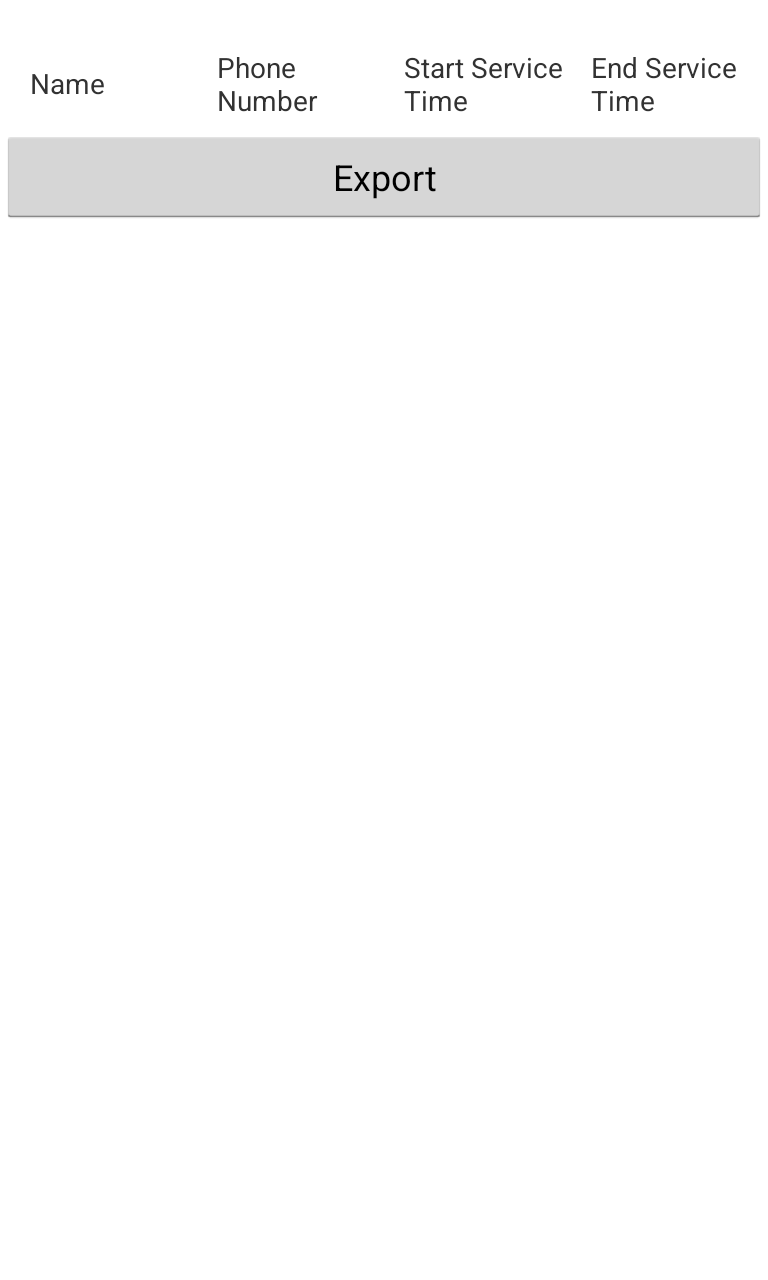
Repository: judemailom/queue-manager
Layout: QueueManager/res/layout/activity_logs.xml
An editor plug-in stored every save of this project. The layout is shown before and after the next save, followed by the edit.
It is drawn on a 768 x 1280 px phone screen (xhdpi) without system bars, with theme AppTheme; the app's code is not run.

Above is the layout before, as saved 2014-01-30 01:56:31.

After the next save:
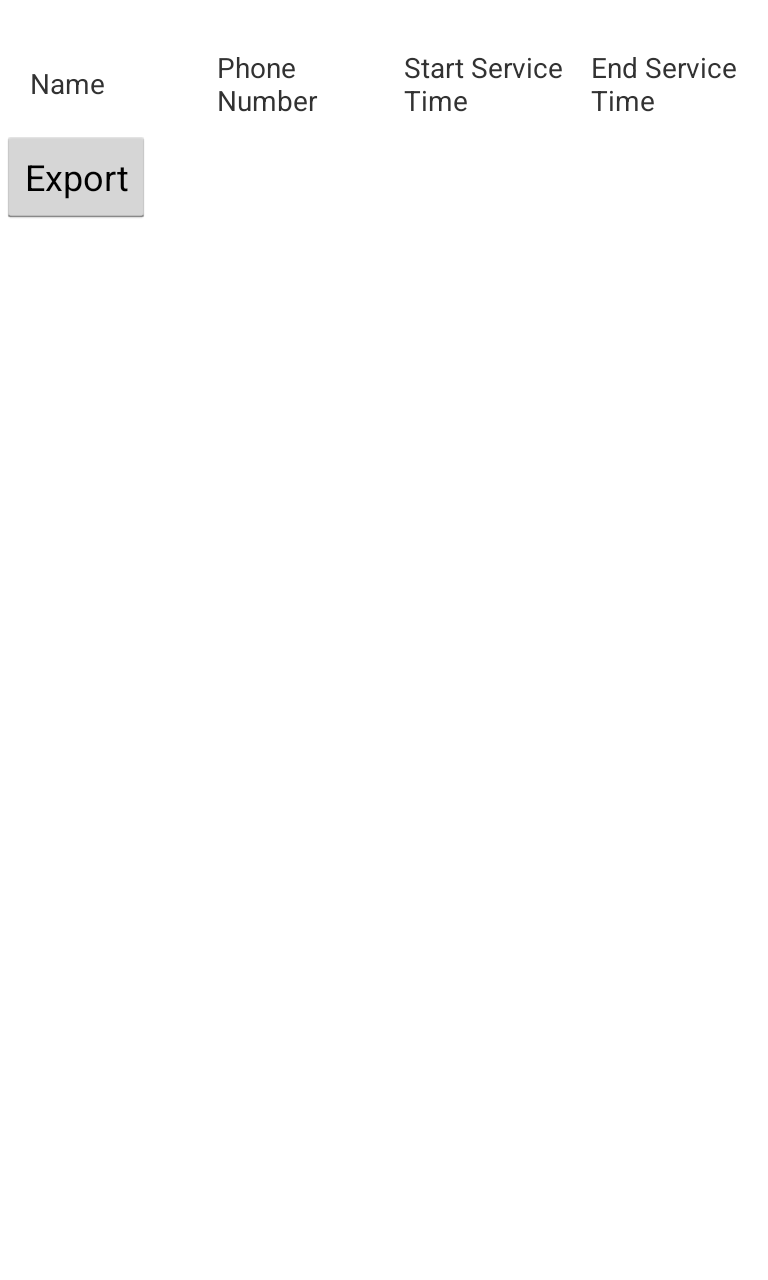
Saved 33 s later.
--- a/QueueManager/res/layout/activity_logs.xml
+++ b/QueueManager/res/layout/activity_logs.xml
@@ -5,9 +5,9 @@
     tools:context=".LogsActivity" >
 
 	<LinearLayout
-	        android:layout_width="match_parent"
-	        android:layout_height="wrap_content"
-	        android:orientation="vertical" >
+	    android:layout_width="match_parent"
+	    android:layout_height="wrap_content"
+	    android:orientation="vertical" >
 
      	<TextView
      	  android:id="@+id/log_date"
@@ -72,11 +72,12 @@
 
 		</TableLayout>
 
-		<Button
-		    android:layout_width="match_parent"
-		    android:layout_height="wrap_content"
-		    android:text="@string/export_button"
-		/>"
+        <Button
+            android:layout_width="wrap_content"
+            android:layout_height="wrap_content"
+            android:text="@string/export_button" />
+
+"
 
 	</LinearLayout>
 </ScrollView>

After the save that followed:
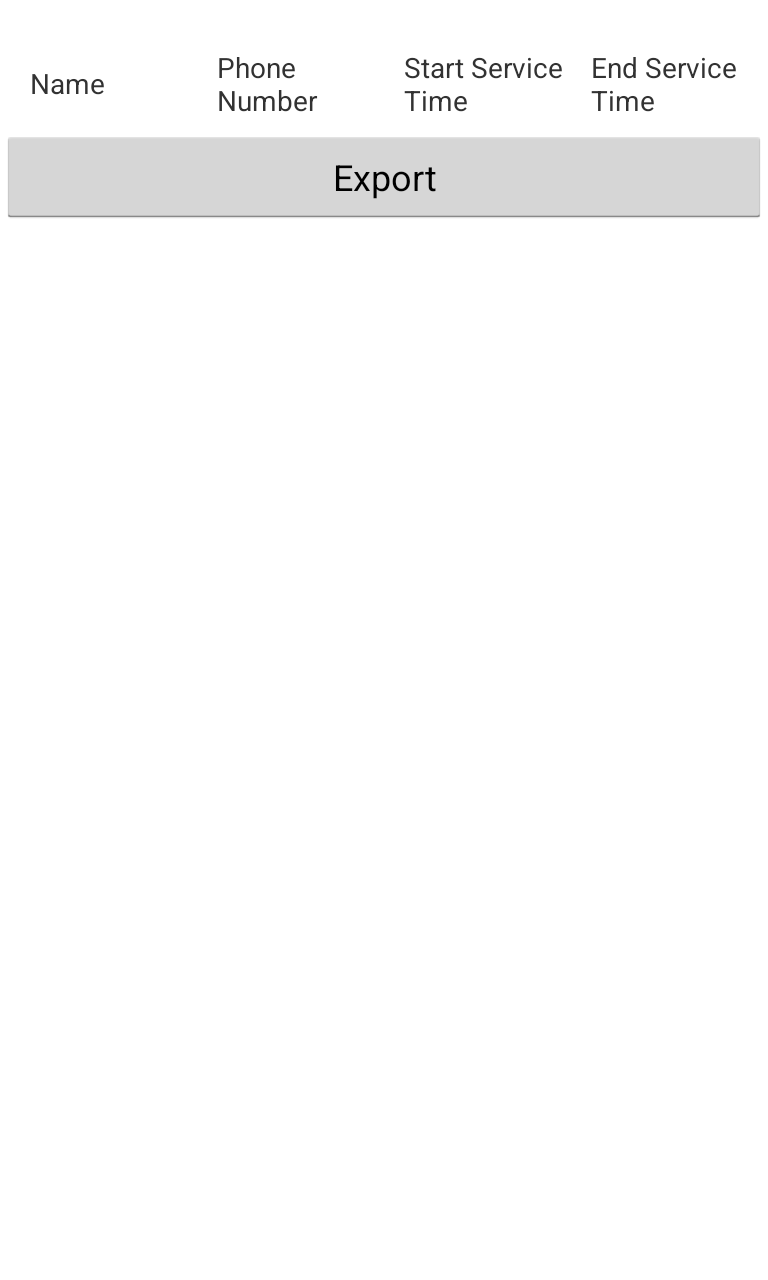
Saved 60 s later.
--- a/QueueManager/res/layout/activity_logs.xml
+++ b/QueueManager/res/layout/activity_logs.xml
@@ -73,7 +73,7 @@
 		</TableLayout>
 
         <Button
-            android:layout_width="wrap_content"
+            android:layout_width="match_parent"
             android:layout_height="wrap_content"
             android:text="@string/export_button" />
 
